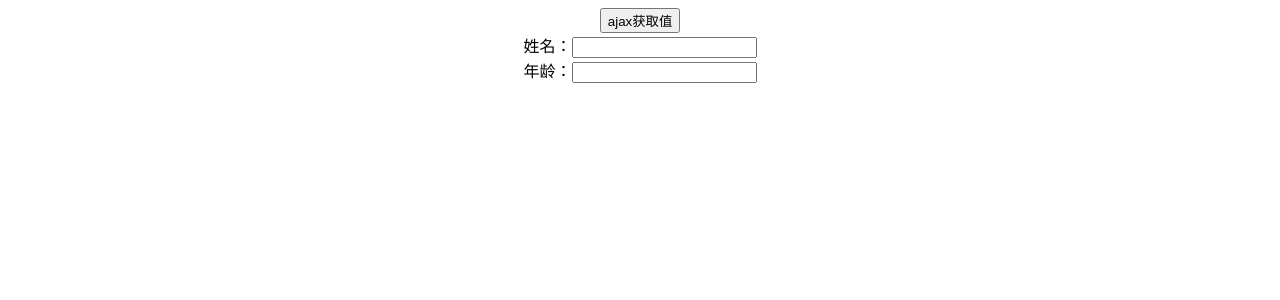
Repository: jsjchai/springmvc_study
Page: http://localhost/ajax03_json/
An editor plug-in stored every save of this project. The page is shown before and after the next save, followed by the edit.
The browser window is 1280 px wide. The pictures show the whole page.
The page is served by Tomcat 9. Other server files are loaded and not shown.

Above is the page before, as saved 2015-04-08 07:09:58.

### springmvc/Ajax&Json/ajax03_json/WebContent/index.jsp
<%@ page language="java" contentType="text/html; charset=UTF-8"
    pageEncoding="UTF-8"%>
<!DOCTYPE html PUBLIC "-//W3C//DTD HTML 4.01 Transitional//EN" "http://www.w3.org/TR/html4/loose.dtd">
<html>
<head>
<meta http-equiv="Content-Type" content="text/html; charset=UTF-8">
<title>Ajax和Json</title>
<script type="text/javascript">
		function getNameAndAge() {
			var xmlHttp=new XMLHttpRequest();
			xmlHttp.open("get", "jsonServlet", true);
			xmlHttp.send();
			if(xmlHttp.readyState==4&&xmlHttp.status==200){
				alert(xmlHttp.responseText);
			}
		}
</script>
</head>
<body>
	<div style="text-align: center;">
		<div>
			<input type="button" id="button" value="ajax获取值" onchange="getNameAndAge()"><br>
			姓名：<input type="text" name="name"><br>
			年龄：<input type="text" name="age">
		</div>
	</div>
</body>
</html>

After the next save:
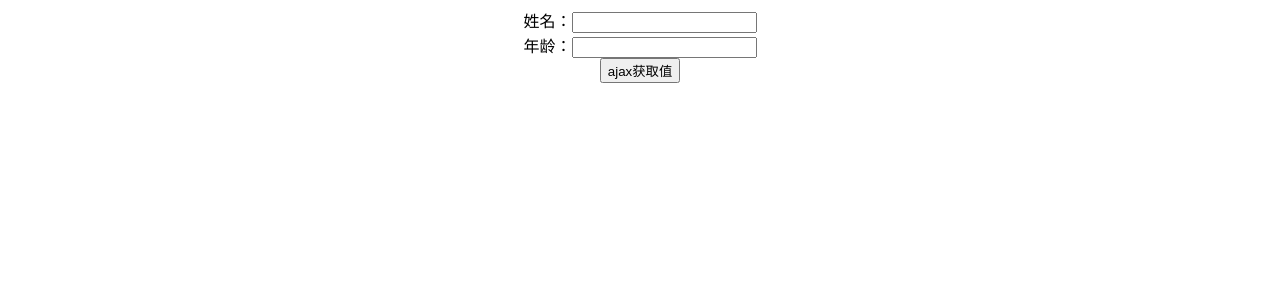
Saved 24 s later.
--- a/springmvc/Ajax&Json/ajax03_json/WebContent/index.jsp
+++ b/springmvc/Ajax&Json/ajax03_json/WebContent/index.jsp
@@ -19,9 +19,9 @@
 <body>
 	<div style="text-align: center;">
 		<div>
-			<input type="button" id="button" value="ajax获取值" onchange="getNameAndAge()"><br>
 			姓名：<input type="text" name="name"><br>
-			年龄：<input type="text" name="age">
+			年龄：<input type="text" name="age"><br>
+			<input type="button" id="button" value="ajax获取值" onchange="getNameAndAge()">
 		</div>
 	</div>
 </body>
